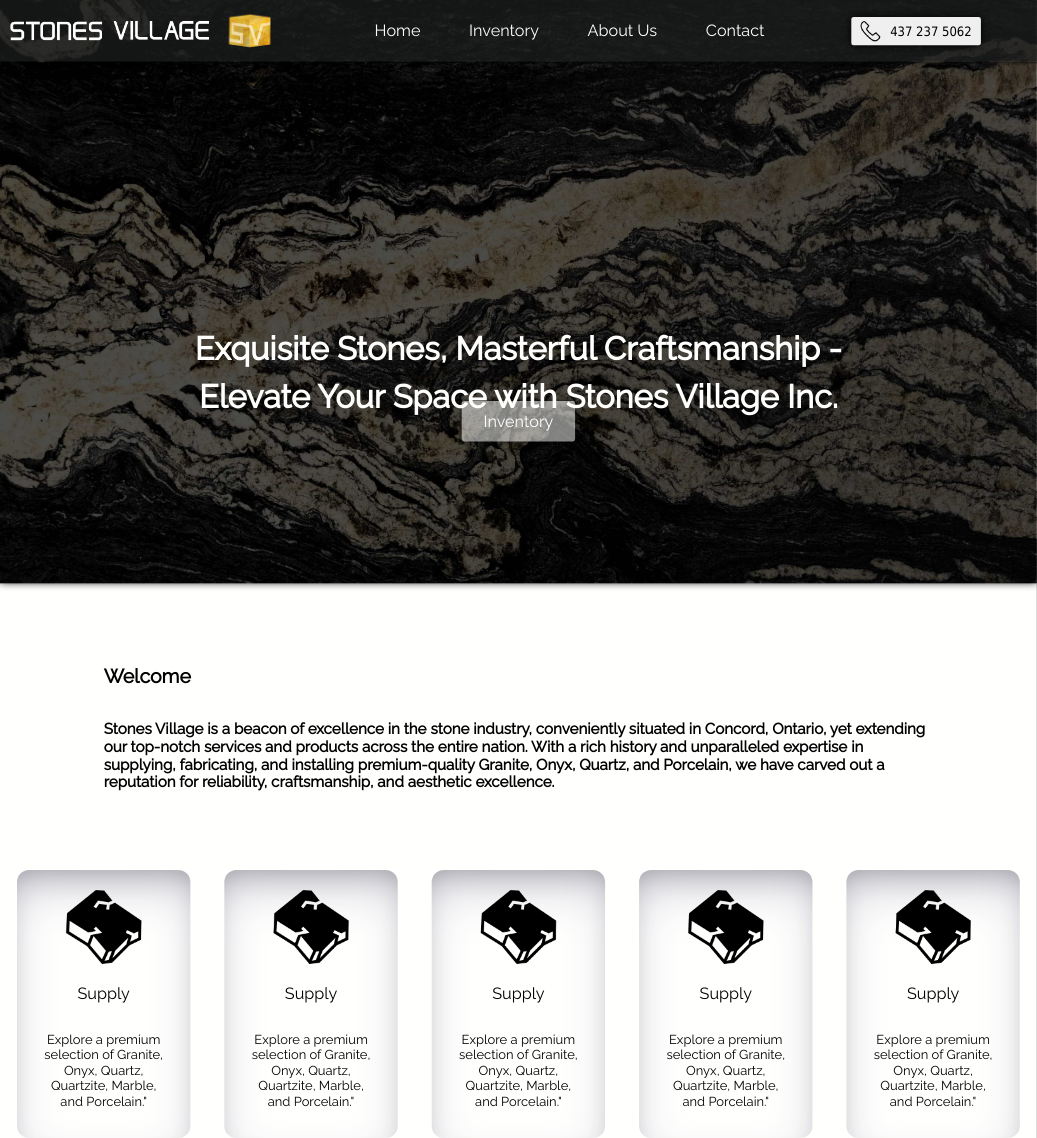
Repository: shayanabedi98/Stones-Village
Page: index.html
The author's editor kept a copy of each file at every save. The page is drawn from the files as they stood at one save, then again after the next save.
The browser window is 1280 px wide. The pictures show the whole page, at 81% of full size.
Backgrounds fixed to the window are drawn as part of the page.

Above is the page before, as saved 2023-10-22 16:46:04.

After the next save:
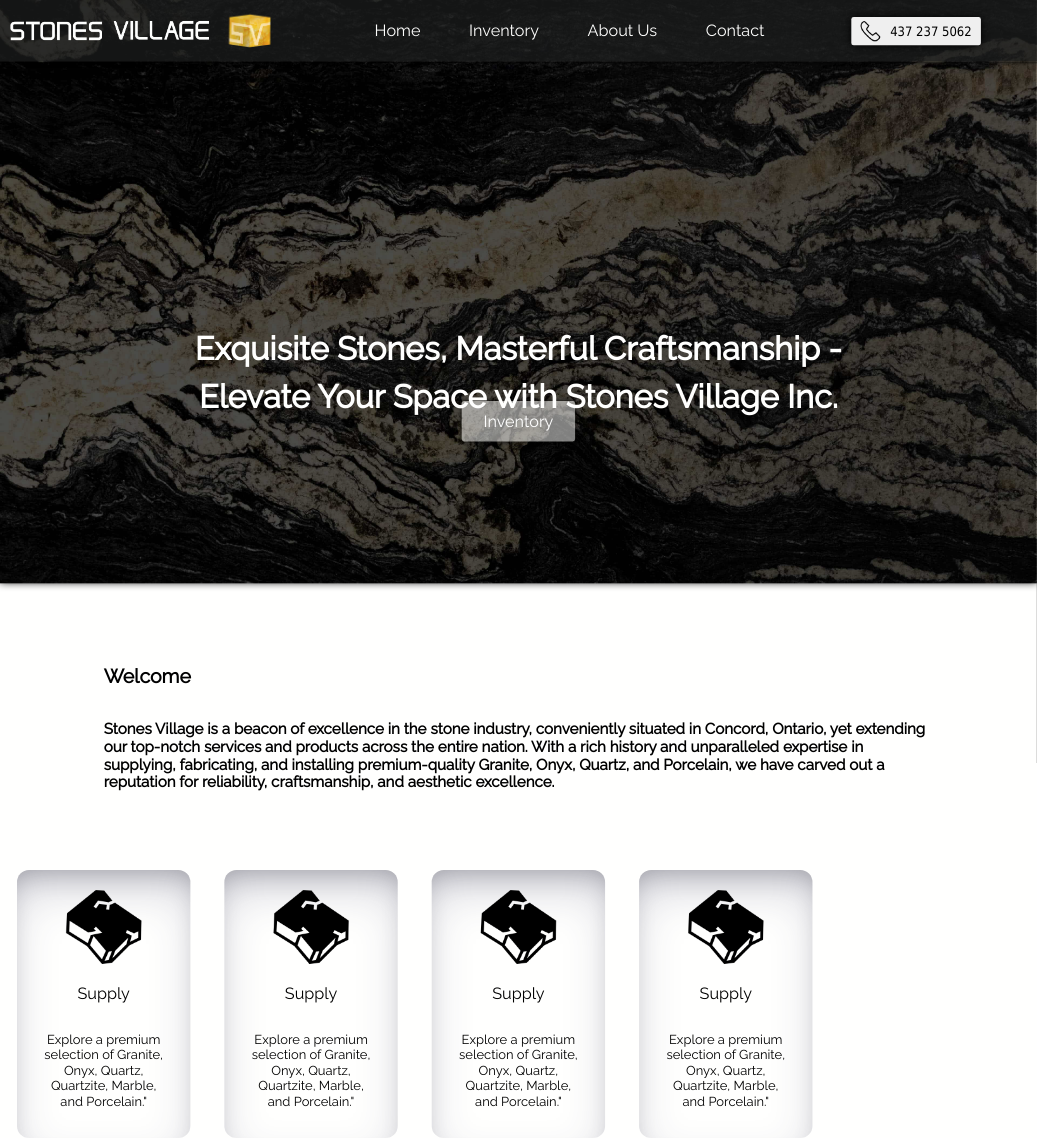
Saved 16 s later.
--- a/index.html
+++ b/index.html
@@ -70,13 +70,6 @@
                         <p class="card-description">Explore a premium selection of Granite, Onyx, Quartz, Quartzite, Marble, and Porcelain."</p>
                     </div>
                 </div>
-                <div class="card">
-                    <img src="./resources/stone-tablet-svgrepo-com.png" alt="Icon of Stone Slab">
-                    <div class="card-text">
-                        <p class="card-name">Supply</p>
-                        <p class="card-description">Explore a premium selection of Granite, Onyx, Quartz, Quartzite, Marble, and Porcelain."</p>
-                    </div>
-                </div>
             </div>
 
             <!-- Free Quotations
